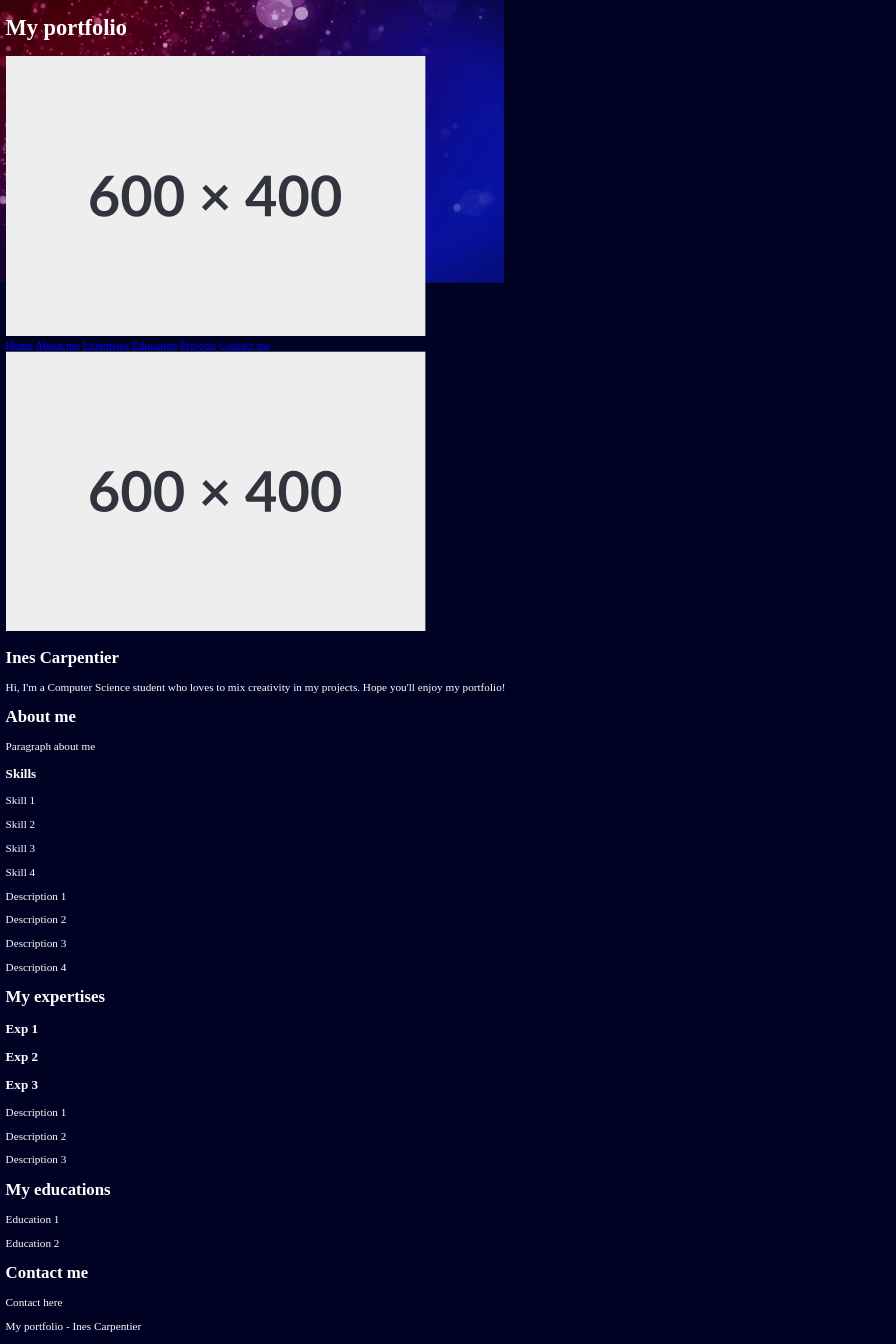
Repository: InsCarp/InsCarp
Page: index.html
The author's editor kept a copy of each file at every save. The page is drawn from the files as they stood at one save, then again after the next save.
The browser window is 1280 px wide. The pictures show the whole page, at 70% of full size.
Backgrounds fixed to the window are drawn as part of the page.

Above is the page before, as saved 2026-04-22 10:17:18.

### index.html
<!DOCTYPE html>
<html lang="en">
<head>
    <meta charset="UTF-8">
    <meta name="viewport" content="width=device-width, initial-scale=1.0">
    <link rel="icon" href="/assets/images/Logo.png" type="image/png" />
    <link rel="stylesheet" href="/styles/globals.css" type="text/css"/>
    <link rel="stylesheet" href="/styles/index.css" type="text/css"/>

    <title>Portfolio - Ines Carpentier</title>
</head>
<header>
    <h1 id="Title">My portfolio</h1>
    <img src="/assets/images/placeholder.svg" alt="My image"/>
    <nav>
        <a href="index.html">Home</a>
        <a href="#About">About me</a>
        <a href="#Expertises">Expertises</a>
        <a href="#Education">Education</a>
        <a href="project.html">Projects</a> <!--Put my project page here-->
        <a href="#Contact">Contact me</a>
    </nav>
</header>
<body>
    <div class="Intro">
        <article>
            <img src="/assets/images/placeholder.svg" alt="Me in a circle placeholder"/>
        </article>
        <article>
            <h2>Ines Carpentier</h2>
            <p>Hi, I'm a Computer Science student who loves to mix creativity in my projects.
                Hope you'll enjoy my portfolio!</p>
        </article>
    </div>
    <div class="About">
        <h2 id="About">About me</h2>
        <p>Paragraph about me</p>
        <h3>Skills</h3>
        <article>
            <p>Skill 1</p>
            <p>Skill 2</p>
            <p>Skill 3</p>
            <p>Skill 4</p>
        </article>
        <article>
            <p>Description 1</p>
            <p>Description 2</p>
            <p>Description 3</p>
            <P>Description 4</P>
        </article>
    </div>
    <div class="Exp">
        <h2 id="Expertises">My expertises</h2>
        <article>
            <h3>Exp 1</h3>
            <h3>Exp 2</h3>
            <h3>Exp 3</h3>
        </article>
        <article>
            <p>Description 1</p>
            <p>Description 2</p>
            <p>Description 3</p>
        </article>
    </div>
    <div class="Education">
        <h2 id="Education">My educations</h2>
        <p>Education 1</p>
        <p>Education 2</p>
    </div>
    <div class="Contact">
        <h2 id="Contact">Contact me</h2>
        <p>Contact here</p>
    </div>
</body>
<footer>
    <p>My portfolio - Ines Carpentier</p>
</footer>
</html>

### styles/globals.css
body{
    background-color:rgb(0, 2, 36);
    color:rgb(255, 255, 255);
    background-image: url(../assets/images/ENpm3c.gif);
    background-position: cover;
    background-repeat: no-repeat;
    background-attachment: fixed;
}

Loaded but not shown: styles/index.css (no copy from this time; the picture is the same without it)

After the next save:
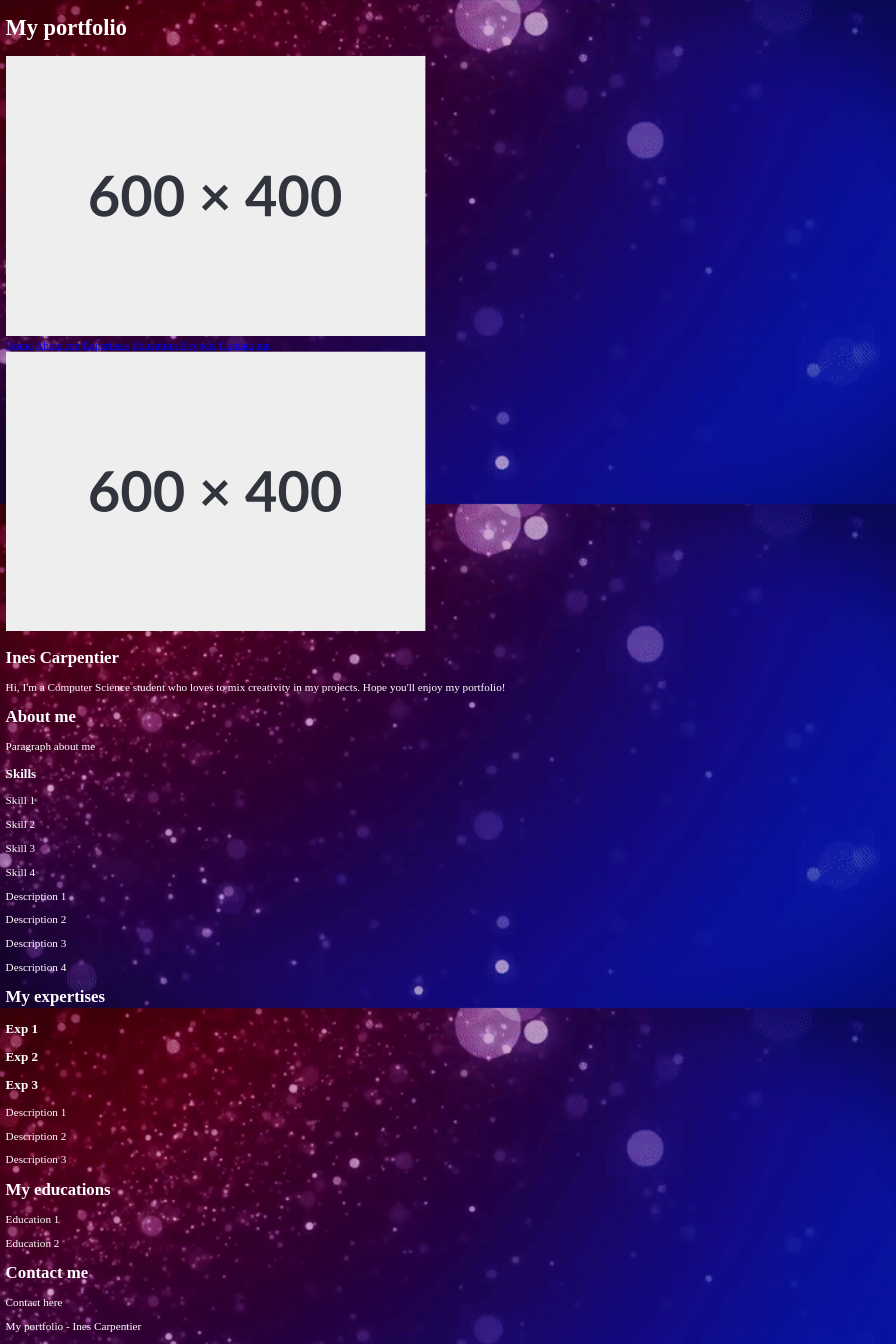
Saved 17 s later.
--- a/styles/globals.css
+++ b/styles/globals.css
@@ -2,7 +2,7 @@ body{
     background-color:rgb(0, 2, 36);
     color:rgb(255, 255, 255);
     background-image: url(../assets/images/ENpm3c.gif);
-    background-position: cover;
+    background-size: cover;
     background-repeat: no-repeat;
     background-attachment: fixed;
 }

After the save that followed:
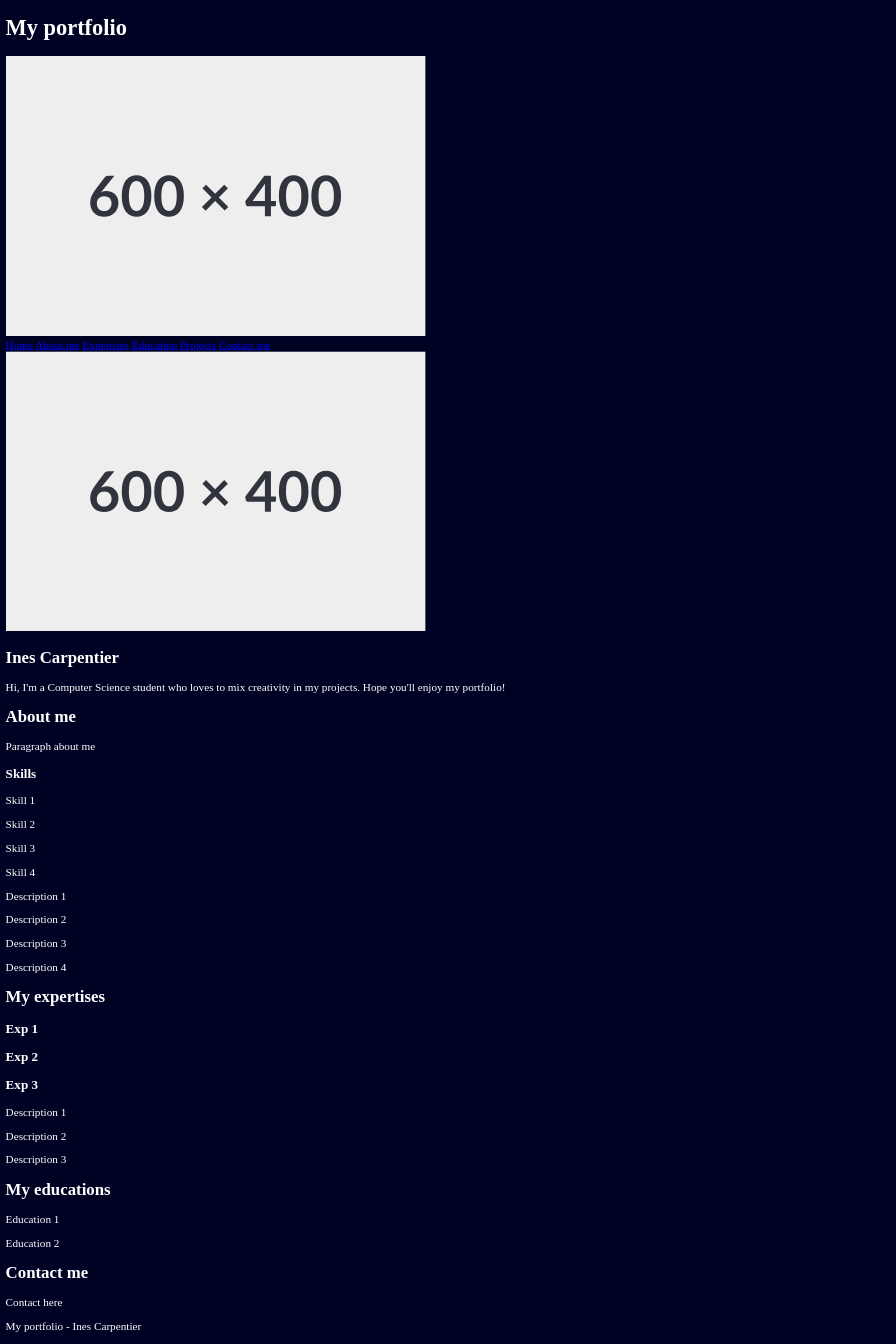
Not found: assets/images/GIF-Maker-Halloween-GIF-Transparent.gif
Saved 65 s later.
--- a/styles/globals.css
+++ b/styles/globals.css
@@ -1,7 +1,7 @@
 body{
     background-color:rgb(0, 2, 36);
     color:rgb(255, 255, 255);
-    background-image: url(../assets/images/ENpm3c.gif);
+    background-image: url(../assets/images/GIF-Maker-Halloween-GIF-Transparent.gif);
     background-size: cover;
     background-repeat: no-repeat;
     background-attachment: fixed;
